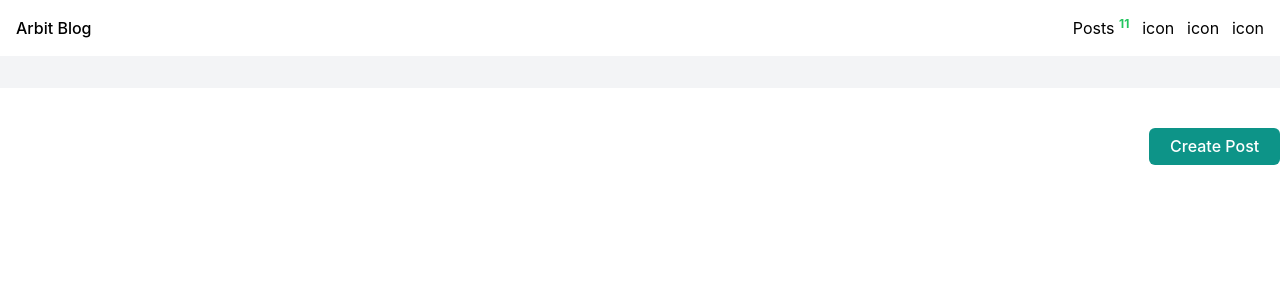
Repository: sam-lukaa/verde
Page: /
An editor plug-in stored every save of this project. The page is shown before and after the next save, followed by the edit.
The browser window is 1280 px wide. The pictures show the whole page.
The page's requests for data from a server got no answer. The project was rebuilt for these pictures with package versions that can differ from the ones it lists, and the page was loaded fresh each time. No one was signed in, and anything a server would have sent is missing. Also part of the build but not shown: src/App.css, src/pages/create.jsx, src/pages/edit.jsx, src/pages/post.jsx.

Above is the page before, as saved 2022-08-14 06:15:47.

After the next save:
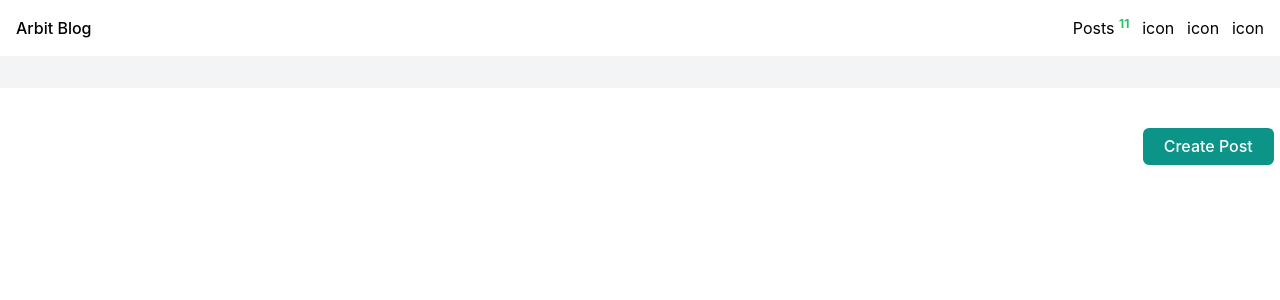
Saved 88 s later.
--- a/src/App.js
+++ b/src/App.js
@@ -78,7 +78,7 @@ function Home() {
   return (
     <section className="bg-white my-[] lg:my-[2rem] py-[.4rem] lg:py-[2.5rem]">
       {/* create new post */}
-      <section className="flex justify-end">
+      <section className="flex justify-end px-[.4rem] lg:px-[]">
         <Button
           variant="primary"
           onClick={() => navigate("/create", { replace: true })}
